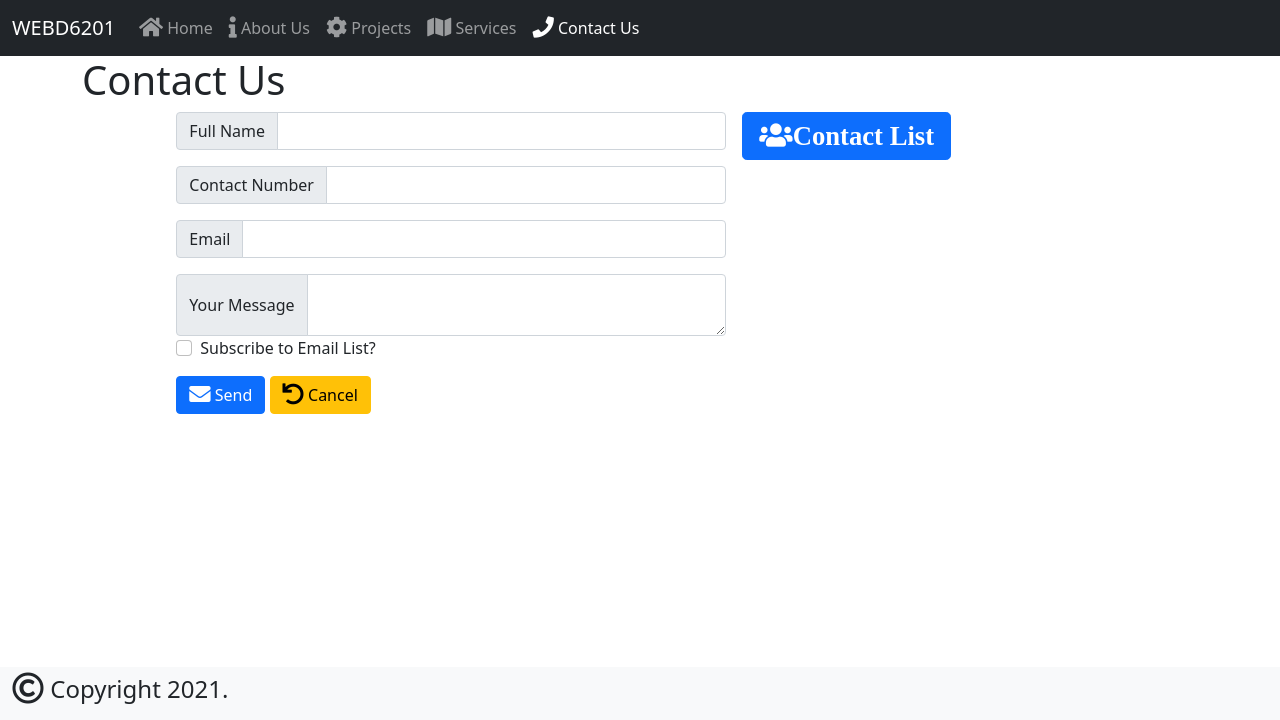
Repository: GarlicButterBoy/WEBD6201-ICE04
Page: contact.html
The author's editor kept a copy of each file at every save. The page is drawn from the files as they stood at one save, then again after the next save.
The browser window is 1280 px wide. The pictures show the whole page.

Above is the page before, as saved 2021-02-10 09:39:00.

### contact.html
<!DOCTYPE html>
<html lang="en">
<head>
    <meta charset="UTF-8">
    <meta name="viewport" content="width=device-width, initial-scale=1.0">
    <title>Contact</title>
    <!-- CSS Section -->
    <link rel="stylesheet" href="./node_modules/bootstrap/dist/css/bootstrap.min.css">
    <link rel="stylesheet" href="./node_modules/@fortawesome/fontawesome-free/css/all.min.css">
    <link rel="stylesheet" href="./Content/app.css">
</head>
<body>
    <!-- Main Header -->
    <header>
        <!-- Main Navigation -->
        <nav class="navbar navbar-expand-lg navbar-dark bg-dark">
            <div class="container-fluid">
              <a class="navbar-brand" href="index.html">WEBD6201</a>
              <button class="navbar-toggler" type="button" data-bs-toggle="collapse" data-bs-target="#navbarSupportedContent" aria-controls="navbarSupportedContent" aria-expanded="false" aria-label="Toggle navigation">
                <span class="navbar-toggler-icon"></span>
              </button>
              <div class="collapse navbar-collapse" id="navbarSupportedContent">
                <ul class="navbar-nav me-auto mb-2 mb-lg-0">
                  <li class="nav-item">
                    <a class="nav-link" aria-current="page" href="index.html"><i class="fas fa-home fa-lg"></i> Home</a>
                  </li>

                  <li class="nav-item">
                    <a class="nav-link" aria-current="page" href="about.html"><i class="fas fa-info fa-lg"></i> About Us</a>
                  </li>

                  <li class="nav-item">
                    <a class="nav-link" aria-current="page" href="projects.html"><i class="fas fa-cog fa-lg"></i> Projects</a>
                  </li>

                  <li class="nav-item">
                    <a class="nav-link" aria-current="page" href="services.html"><i class="fas fa-map fa-lg"></i> Services</a>
                  </li>

                  <li class="nav-item">
                    <a class="nav-link active" aria-current="page" href="contact.html"><i class="fas fa-phone fa-lg"></i> Contact Us</a>
                  </li>
                </ul>
              </div>
            </div>
          </nav>
    </header>

    <!-- Main Content -->
    <main class="container">
        <h1>Contact Us</h1>
        <div id="messageArea"></div>

        <div class="row justify-content-lg-center g-3">
          <form class="col-lg-6 col-md-10 col-sm-10">

            <div class="input-group mb-3">
              <span class="input-group-text" id="inputGroup-sizing-default">Full Name </span>
              <input id="fullName" type="text" class="form-control" aria-label="Full Name" aria-describedby="Full Name Input"
              name="fullName" required>
            </div>

            <div class="input-group mb-3">
              <span class="input-group-text" id="inputGroup-sizing-default">Contact Number</span>
              <input id="contactNumber" type="tel" class="form-control" aria-label="Contact Number" aria-describedby="Contact Number Input"
              name="contactNumber" required>
            </div>

            <div class="input-group mb-3">
              <span class="input-group-text" id="inputGroup-sizing-default">Email</span>
              <input id="emailAddress" type="email" class="form-control" aria-label="Email Address" aria-describedby="Email Address Input"
              name="emailAddress" required>
            </div>

            <div class="input-group">
              <span class="input-group-text" >Your Message</span>
              <textarea class="form-control " aria-label="With textarea" required></textarea>
            </div>

            <div class="form-check mb-3">
              <input class="form-check-input" type="checkbox" value="" id="subscribeCheckbox" name="subscribeCheckbox">
              <label class="form-check-label" for="subscribeCheckbox">Subscribe to Email List?</label>
            </div>

            <button id="sendButton" type="submit" class="btn btn-primary"><i class="fas fa-envelope fa-lg"></i> Send</button>
            <button id="cancelButton" type="reset" class="btn btn-warning"><i class="fas fa-undo fa-lg"></i> Cancel</button>
          </form>

          <div class="col=lg-3 col-md-4">
            <a href="contact-list.html" class="btn btn-primary btn-lg"><i class="fas fa-users fa-lg">Contact List</i></a>
          </div>

        </div>


    </main>

    <!-- Main Footer -->
    <footer>
        <nav class="navbar fixed-bottom navbar-light bg-light">
            <div class="container-fluid">
              <h4><i class="far fa-copyright fa-lg"></i> Copyright 2021.</h4>
            </div>
          </nav>
    </footer>

    <!-- Script Section-->
    <script src="./node_modules/jquery/dist/jquery.min.js"></script>
    <script src="./node_modules/bootstrap/dist/js/bootstrap.bundle.min.js"></script>
    <script src="./Scripts/namespace.js"></script>
    <script src="./Scripts/contact.js"></script>
    <script src="./Scripts/app.js"></script>
</body>
</html>

### Scripts/namespace.js

//namespace core
let core;

### Scripts/contact.js
"use strict";

//Contact Class

(()=>{
    class Contact {

        //getters and setters
      get FullName()
      {
          return this.m_fullName;
      }
      get ContactNumber()
      {
          return this.m_conactNumber;
      }
      get EmailAddress()
      {
          return this.m_emailAddress;
      }
      set FullName(value)
      {
          this.m_fullName = value;
      }
      set ContactNumber(value)
      {
          this.m_conactNumber = value;
      }
      set EmailAddress(value)
      {
          this.m_emailAddress = value;
      }

        //Constructor
        /**
         * A Constructor for any Contact objects being instantiated
         * @param {string} fullName
         * @param {string} contactNumber
         * @param {string} emailAddress
         */
        constructor(fullName = "", contactNumber = "", emailAddress = "")
        {
            this.ContactNumber = contactNumber;
            this.EmailAddress = emailAddress;
            this.FullName = fullName;
        }



        //Methods
        /**
         * Overrides the toString method to print the Contact class
         * @returns {string}
         */
        toString()
        {
            return `Full Name: ${this.m_fullName}\nPhone: ${this.m_contactNumber}\nEmail: ${this.m_emailAddress}`;
        }

        /**
         * This method returns a JSON Object
         * @returns {Object}
         */
        toJSON()
        {
            return {
                "fullName":this.FullName,
                "contactNumber":this.ContactNumber,
                "emailAddress":this.EmailAddress
            }
        }
        /**
         * Method converts the Contact into a comma-seperated value string
         * @returns {String}
         */
        serialize()
        {
            if (this.FullName !== "" && this.ContactNumber !== "" && this.EmailAddress !== "")
            {
                return `${this.FullName},${this.ContactNumber},${this.EmailAddress}`;
            }
            else
            {
                console.error("Error: One of more of the Contact Properties are empty or null.");
                return null;
            }

        }
        /**
         * Method takes a comma-seperated data string and assigns the values to the contact class properties
         * @param {string} data
         * @returns {void}
         */
        deserialize(data)
        {
            let propertyArray = data.split(",");
            this.FullName = propertyArray[0];
            this.ContactNumber = propertyArray[1];
            this.EmailAddress = propertyArray[2];
        }

    }

core.Contact = Contact;

})(core || (core={}));

### Scripts/app.js
/* custom JavaScript goes here */

//IIFE - Immediately Invoked Function Expression
//AKA - Anonymous Self-Executing Function
//Closure - limits scope leak

"use strict";
/* Example of a class being created with brand new functions
let myContact =
{
  "firstName":"Nick SF",
  "contactNumber":"905-123-4567",
  "emailAddress":"email@test.com",
  "saysHello":function() { console.log(`${fullName} says Hello!`); },
  "someOtherObject":{  "friendsList":["Tony", "Stephen", "Peter"]  }

};*/

((core) =>
{
    function displayHome()
    {
/*
      $("button").on("mouseover", function(){
        console.log("JQuery Click");
      });

      let myButton = document.querySelectorAll("button")[1];
      myButton.addEventListener("click", () => {
        console.log("Button Clicked!");
      });
*/
      //console.log(myButton);

        let paragraphOneText =
          "This is a simple site to demonstrate DOM Manipulation for ICE 1";

        let paragraphOneElement = document.getElementById("paragraphOne");

        paragraphOneElement.textContent = paragraphOneText;
        paragraphOneElement.className = "fs-5";

        // Step 1. document.createElement
        let newParagraph = document.createElement("p");
        // Step 2. configure the element
        newParagraph.setAttribute("id", "paragraphTwo");
        newParagraph.textContent = "...And this is paragraph two";
        // Step 3. select the parent element
        let mainContent = document.getElementsByTagName("main")[0];
        // Step 4. Add / Insert the element
        mainContent.appendChild(newParagraph);

        newParagraph.className = "fs-6";

        // another way of injecting content
        let paragraphDiv = document.createElement("div");
        let paragraphThree = `<p id="paragraphThree" class="fs-7 fw-bold">And this is the Third Paragraph</p>`;
        paragraphDiv.innerHTML = paragraphThree;

        // insertions

        // example of inserting before a node
        //newParagraph.before(paragraphDiv);

        // example of inserting after a node
        newParagraph.after(paragraphDiv);

        // deletions

        // example of removing a single element
        //paragraphOneElement.remove();

        // example of removeChild
        mainContent.removeChild(paragraphOneElement);

        // update / modification
        //mainContent.firstElementChild.textContent = "Welcome Home!";

        mainContent.innerHTML = `<h1 id="firstHeading">Welcome to WEBD6201 - Lab 1</h1>
         <p id="paragraphOne" class="fs-3 fw-bold">This is my first Paragraph</p>
        `;

    }

    function displayAbout()
    {

    }

    function displayProjects()
    {

    }

    function displayServices()
    {

    }

    function displayContact()
    {
        //This is the same as below
        let messageArea = $("#messageArea").hide();
        //Same as this
        //let messageArea = document.getElementById("messageArea");
        //messageArea.hidden = true;

        // form validation
        $("#fullName").on("blur", function()
        {
          if($(this).val().length < 2)
            {
                //JQuery example of the lines below
                $(this).trigger("focus").trigger("select");
                messageArea.show().addClass("alert alert-danger").text("Please enter an appropriate name");
                //fullName.focus();
                //fullName.select();
                //messageArea.hidden = false;
                //messageArea.className = "alert alert-danger";
                //messageArea.textContent = "Please enter an appropriate Name";
            }
            else
            {
                //JQuery example of the line below
                messageArea.removeAttr("class").hide();
                //messageArea.hidden = true;
                //messageArea.removeAttribute("class");
            }
        });
        //let fullName = document.getElementById("fullName");
        //fullName.addEventListener("blur", function() {});

        $("#sendButton").on("click", ()=>
        {
          if ($("#subscribeCheckbox")[0].checked)
          {
            let contact = new core.Contact(FullName.value, ContactNumber.value, EmailAddress.value);
            if(contact.serialize()) //checking if the serialized object exists
            {
              let key = contact.FullName.substring(0, 1) + Date.now();

              localStorage.setItem(key, contact.serialize());
            }
          }
        });

        //let sendButton = document.getElementById("sendButton");
        //sendButton.addEventListener("click", function(event){

            //event.preventDefault();
            //console.log(contact.serialize());
            //fullName.value = "";
            //contactNumber.value = "";
            //emailAddress.value = "";
        //});
    }
    function displayContactList()
    {

      if(localStorage.length > 0)
      {
        let contactList = document.getElementById("contactList");

        let data = "";
        let keys = Object.keys(localStorage);

        let index = 1;

        for (const key of keys)
        {
          console.log(key);
          let contactData = localStorage.getItem((key).toString());

          console.log(contactData);

          let contact = new core.Contact();
          contact.deserialize(contactData);

          data += `<tr>
                  <th scope="row">${index}</th>
                  <td>${contact.FullName}</td>
                  <td>${contact.ContactNumber}</td>
                  <td>${contact.EmailAddress}</td>
                  <td class="text-center"><button class="btn btn-primary btn-sm edit" value="${key}"><i class="fas fa-sm fa-edit"></i> Edit</button></td>
                  <td class="text-center"><button class="btn btn-warning btn-sm delete" value="${key}"><i class="fas fa-sm fa-trash-alt"></i> Delete</button></td>
                  </tr>`;
          index++;
        }

        contactList.innerHTML = data;
        //TODO: Create an Edit page
        $("button.edit").on("click", function()
        {
          location.href = "edit.html#" + $(this).val();
        });


        $("button.delete").on("click", function()
        {
          if(confirm("Are you sure?"))
          {
            localStorage.removeItem($(this).val());
          }
          location.href = "contact-list.html";
        });

        $("#addButton").on("click", function()
        {
          location.href = "edit.html";
        })
      }


    }
    function displayEdit()
    {

      let key = location.hash.substring(1);

      let contact = new core.Contact();

      //Simple check to ensure the key is not empty
      if(key != "")
      {
        //get contact info from localStorage
        contact.deserialize(localStorage.getItem(key));
        //Display contact info
        $("#fullName").val(contact.FullName);
        $("#contactNumber").val(contact.ContactNumber);
        $("#emailAddress").val(contact.EmailAddress);
      }
      else
      {
        //modify the page so its an add, not an edit
        $("main>h1").text("Add Contact");
        $("#editButton").html(`<i class="fas fa-plus-square fa-lg"></i> Add`)

      }

      //Edit Button
      $("#editButton").on("click", function()
      {
        //If key is empty, make new one
        if (key == "")
        {
          key = contact.FullName.substring(0, 1) + Date.now();
        }

        //Update the contact info using the newly typed data
        contact.FullName = $("#fullName").val();
        contact.ContactNumber = $("#contactNumber").val();
        contact.EmailAddress = $("#emailAddress").val();

        //Update localStorage
        localStorage.setItem(key, contact.serialize());

        //Navigate back to the contact-list.html
        location.href = "contact-list.html";
      });
      //Cancel Button
      $("#cancelButton").on("click", function()
      {
        //return to contact-list.html
        location.href = "contact-list.html";
      });

    }

    function Start()
    {
        console.log("App Started...");




        switch (document.title)
        {
          case "Home":
              displayHome();
            break;
          case "About":
              displayAbout();
            break;
          case "Projects":
              displayProjects();
            break;
          case "Services":
              displayServices();
            break;
          case "Contact":
              displayContact();
            break;
          case "Contact-List":
              displayContactList();
              break;
          case "Edit":
              displayEdit();
            break;
        }

    }

    window.addEventListener("load", Start);

    core.Start = Start;


})  (core || (core={}));

Loaded but not shown: node_modules/bootstrap/dist/css/bootstrap.min.css (library); node_modules/@fortawesome/fontawesome-free/css/all.min.css (library); Content/app.css (common file); node_modules/jquery/dist/jquery.min.js (library); node_modules/bootstrap/dist/js/bootstrap.bundle.min.js (library)

After the next save:
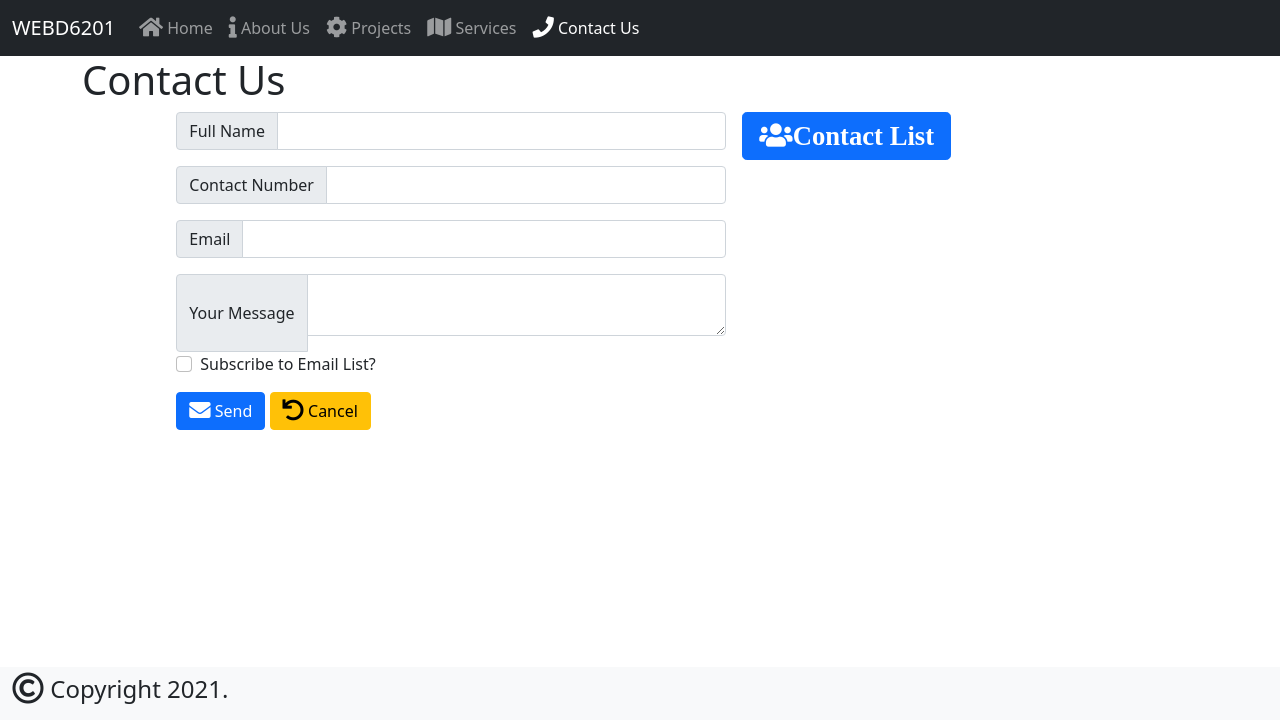
Saved 5 s later.
--- a/contact.html
+++ b/contact.html
@@ -74,7 +74,7 @@
 
             <div class="input-group">
               <span class="input-group-text" >Your Message</span>
-              <textarea class="form-control " aria-label="With textarea" required></textarea>
+              <textarea class="form-control mb-3" aria-label="With textarea" required></textarea>
             </div>
 
             <div class="form-check mb-3">
